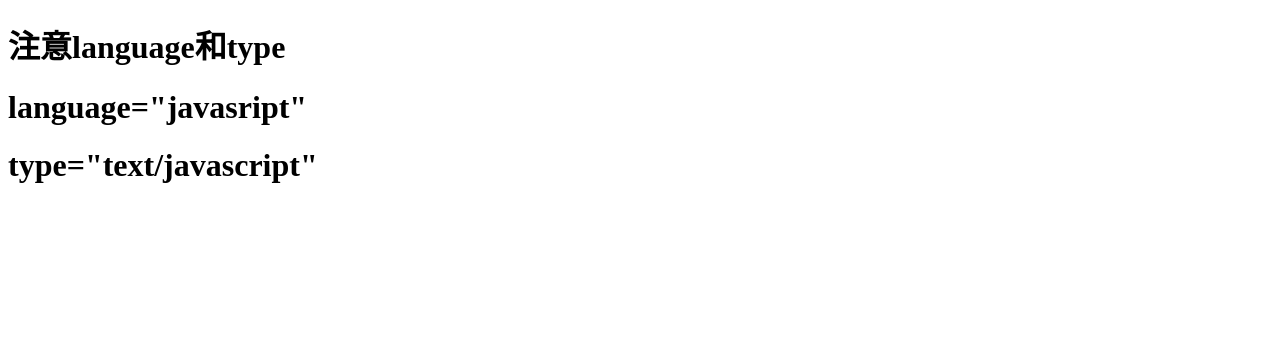
Repository: bookFireFly/bookFireFly
Page: JavaScriptMingriBook/Main/01算术运算符.html
An editor plug-in stored every save of this project. The page is shown before and after the next save, followed by the edit.
The browser window is 1280 px wide. The pictures show the whole page.

Above is the page before, as saved 2017-10-18 09:38:43.
Console error: ReferenceError: aler is not defined

After the next save:
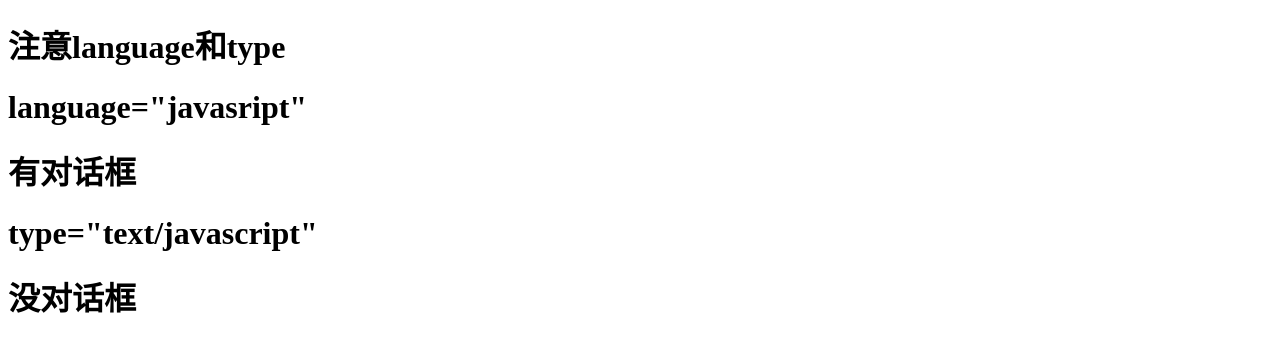
Saved 2 min 25 s later.
--- a/JavaScriptMingriBook/Main/01算术运算符.html
+++ b/JavaScriptMingriBook/Main/01算术运算符.html
@@ -7,6 +7,7 @@
 <body>
 <h1>注意language和type</h1>
 <h1>language="javasript"</h1>
+<h1>有对话框</h1>
 <script language="javasript">
 var price=79.8
 var number=10
@@ -14,6 +15,7 @@ var sum=price*number
 aler(sum);
 </script>
 <h1>type="text/javascript"</h1>
+<h1>没对话框</h1>
 <script type="text/javascript">
 var price=79.8
 var number=10
